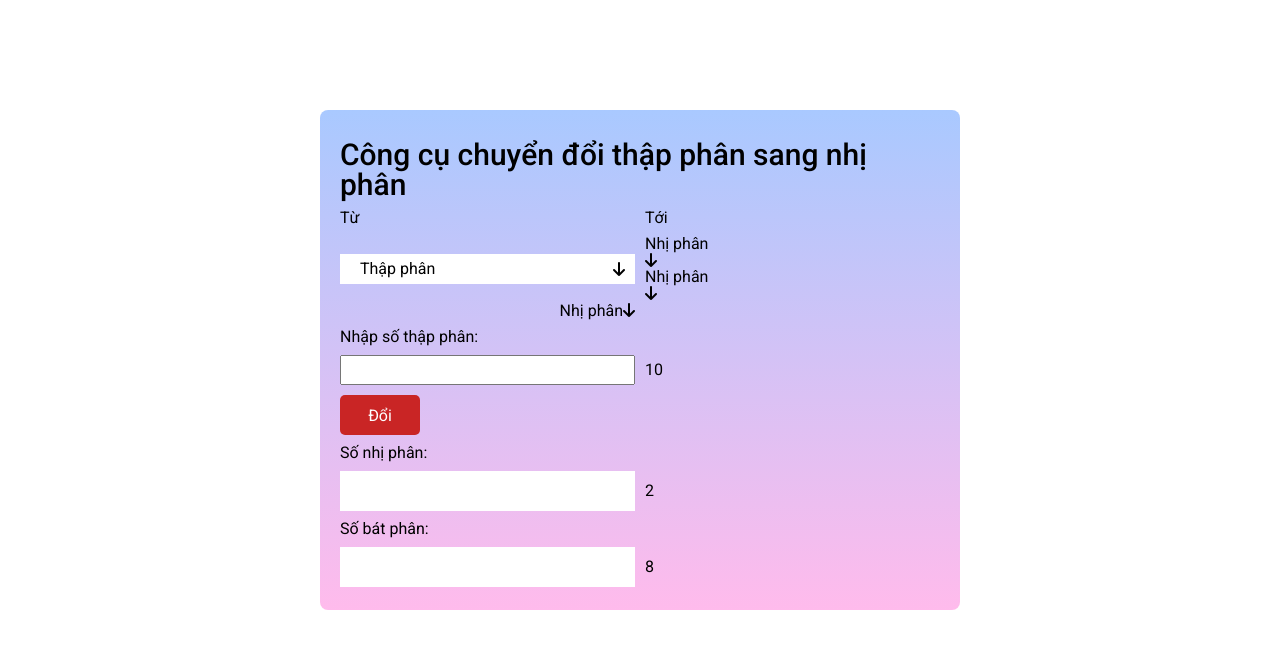
Repository: thuanpham00/covertNumber
Page: index.html
The author's editor kept a copy of each file at every save. The page is drawn from the files as they stood at one save, then again after the next save.
The browser window is 1280 px wide. The pictures show the whole page.
Some web libraries are served in a nearby version. The style sheet was rebuilt from its Sass, Less or Tailwind sources for each picture, by a compiler version that may differ from the author's.

Above is the page before, as saved 2023-11-05 16:39:51.

### index.html
<!DOCTYPE html>
<html lang="en">
    <head>
        <meta charset="UTF-8" />
        <meta name="viewport" content="width=device-width, initial-scale=1.0" />
        <title>Convert Number</title>
        <link rel="stylesheet" href="./assets/css/main.css" />
        <link rel="preconnect" href="https://fonts.googleapis.com" />
        <link rel="preconnect" href="https://fonts.gstatic.com" crossorigin />
        <link
            href="https://fonts.googleapis.com/css2?family=Roboto:wght@400;500;700;900&display=swap"
            rel="stylesheet"
        />
        <script src="https://kit.fontawesome.com/3115b3f4f1.js"></script>
    </head>
    <body>
        <div class="container">
            <h1 class="title">Công cụ chuyển đổi thập phân sang nhị phân</h1>
            <div class="row">
                <span class="row__desc">Từ</span>
                <span class="row__desc">Tới</span>
            </div>
            <div class="row">
                <div class="row__type">
                    <div class="row__item">Thập phân</div>
                    <div class="row__icon">
                        <i class="fa-solid fa-arrow-down"></i>
                    </div>
                </div>

                <div class="row__list">
                    <div class="row__item">Nhị phân</div>
                    <div class="row__icon">
                        <i class="fa-solid fa-arrow-down"></i>
                    </div>
                    <div class="row__item">Nhị phân</div>
                    <div class="row__icon">
                        <i class="fa-solid fa-arrow-down"></i>
                    </div>
                </div>
                <div class="list">
                    <div class="row__item">Nhị phân</div>
                    <div class="row__icon">
                        <i class="fa-solid fa-arrow-down"></i>
                    </div>
                </div>
            </div>
            <div class="container__wrapper">
                <div class="desc">Nhập số thập phân:</div>
                <form class="form" autocomplete="off">
                    <div class="row">
                        <input
                            type="text"
                            class="form__input"
                            name="numberInput"
                            required
                        />
                        <span>10</span>
                    </div>
                    <input type="submit" class="form__submit" value="Đổi" />
                </form>

                <div class="desc">Số nhị phân:</div>
                <div class="row">
                    <div class="result">
                        <span class="result__inner"></span>
                    </div>
                    <span>2</span>
                </div>
                <div class="desc">Số bát phân:</div>
                <div class="row">
                    <div class="result">
                        <span class="result__inner inner-2"></span>
                    </div>
                    <span>8</span>
                </div>
            </div>
        </div>

        <script src="./main.js"></script>
    </body>
</html>

### main.js
// // phần nguyên: integerPart
// // phần thập phân: decimalPart
window.addEventListener("load", function () {
    function convertDecimalToBinary(number) {
        let binary = [];
        let integerPart = Math.floor(number); // làm tròn xuống
        let decimalPart = number - integerPart;

        while (integerPart > 0) {
            let number1 = integerPart % 2;
            binary.unshift(number1);
            integerPart = Math.floor(integerPart / 2);
        }
        if (decimalPart > 0) {
            binary.push(".");

            let min = 0;
            let max = 16;
            while (decimalPart > 0 && min < max) {
                decimalPart = decimalPart * 2;
                let digit = Math.floor(decimalPart);
                binary.push(digit);
                decimalPart = decimalPart - digit;
                min++;
            }
        }
        return binary.join(""); // 8.625 (10) -> 1000.101 (2)
    }

    function convertDecimalToOctal(number) {
        let binary = [];
        let integerPart = Math.floor(number); // làm tròn xuống
        let decimalPart = number - integerPart;

        while (integerPart > 0) {
            let number1 = integerPart % 8;
            binary.unshift(number1);
            integerPart = Math.floor(integerPart / 8);
        }
        if (decimalPart > 0) {
            binary.push(".");

            let min = 0;
            let max = 16;
            while (decimalPart > 0 && min < max) {
                decimalPart = decimalPart * 8;
                let digit = Math.floor(decimalPart);
                binary.push(digit);
                decimalPart = decimalPart - digit;
                min++;
            }
        }
        return binary.join(""); // 11.25 (10) -> 13.2 (8)
    }
    const result = document.querySelector(".result__inner");
    const result2 = document.querySelector(".result__inner.inner-2");
    const form = document.querySelector(".form");
    form.addEventListener("submit", function (e) {
        e.preventDefault();
        const input = parseFloat(this.elements["numberInput"].value);
        result.textContent = convertDecimalToBinary(input);
        result2.textContent = convertDecimalToOctal(input);
    });

    const listType = document.querySelector(".row__list")
    listType.addEventListener("click", function(e) {
        const typeItem = e.target.querySelector(".row__type.type-2")
        typeItem.classList.add("type")
    })
});

### scss/main.scss
html,
body,
div,
span,
applet,
object,
iframe,
h1,
h2,
h3,
h4,
h5,
h6,
p,
blockquote,
pre,
a,
abbr,
acronym,
address,
big,
cite,
code,
del,
dfn,
em,
img,
ins,
kbd,
q,
s,
samp,
small,
strike,
strong,
sub,
sup,
tt,
var,
b,
u,
i,
center,
dl,
dt,
dd,
ol,
ul,
li,
fieldset,
form,
label,
legend,
table,
caption,
tbody,
tfoot,
thead,
tr,
th,
td,
article,
aside,
canvas,
details,
embed,
figure,
figcaption,
footer,
header,
hgroup,
menu,
nav,
output,
ruby,
section,
summary,
time,
mark,
audio,
video {
    margin: 0;
    padding: 0;
    border: 0;
    font-size: 100%;
    font: inherit;
    vertical-align: baseline;
}
/* HTML5 display-role reset for older browsers */
article,
aside,
details,
figcaption,
figure,
footer,
header,
hgroup,
menu,
nav,
section {
    display: block;
}
body {
    line-height: 1;
}
ol,
ul {
    list-style: none;
}
blockquote,
q {
    quotes: none;
}
blockquote:before,
blockquote:after,
q:before,
q:after {
    content: "";
    content: none;
}
table {
    border-collapse: collapse;
    border-spacing: 0;
}

*,
::after,
::before {
    box-sizing: border-box;
}

html {
    font-size: 62.5%;
}

body {
    background: #fff;
    font-size: 1.6rem;
    font-family: "Roboto", sans-serif;
}

input,
select,
textarea,
button {
    font-size: inherit;
    font-family: inherit;
}

.container {
    background-color: #a9c9ff;
    background-image: linear-gradient(180deg, #a9c9ff 0%, #ffbbec 100%);

    border-radius: 8px;
    padding: 10px 20px;
    height: 500px;
    position: absolute;
    top: 50%;
    left: 50%;
    transform: translate(-50%, -50%);

    .title {
        margin-top: 20px;
        font-size: 3rem;
        font-weight: 500;
    }

    .row {
        margin-top: 10px;
        display: grid;
        align-items: center;
        grid-template-columns: 1fr 1fr;
        column-gap: 10px;

        .row__type {
            display: flex;
            align-items: center;
            justify-content: space-between;
            padding-left: 20px;
            padding-right: 10px;
            height: 30px;
            width: 100%;
            background: #fff;

            pointer-events: none;

            > i {
                font-size: 0.6rem;
            }
        }

        .result {
            width: 100%;
            height: 40px;
            background: #fff;
            display: flex;
            align-items: center;
            padding-left: 20px;
        }
    }

    .desc {
        margin-top: 10px;
    }

    .form__input {
        height: 30px;
        padding: 5px 0px 5px 20px;
        outline: none;
    }

    .form__submit {
        margin-top: 10px;
        width: 80px;
        height: 40px;
        border-radius: 5px;
        background: #c92525;
        color: #fff;
        outline: none;
        border: none;
    }
}

.list {
    margin-left: auto;
    display: flex;
    align-items: center;
    justify-content: flex-end;
}

After the next save:
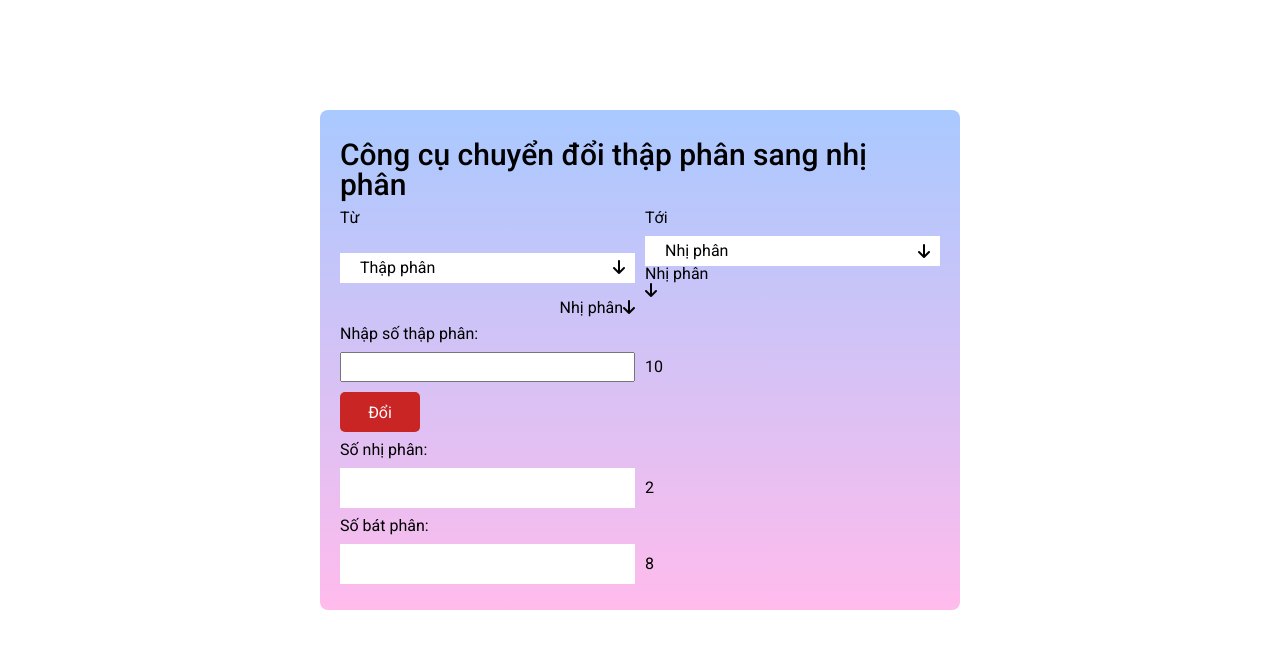
Saved 8 s later.
--- a/index.html
+++ b/index.html
@@ -29,9 +29,11 @@
                 </div>
 
                 <div class="row__list">
-                    <div class="row__item">Nhị phân</div>
-                    <div class="row__icon">
-                        <i class="fa-solid fa-arrow-down"></i>
+                    <div class="row__type">
+                        <div class="row__item">Nhị phân</div>
+                        <div class="row__icon">
+                            <i class="fa-solid fa-arrow-down"></i>
+                        </div>
                     </div>
                     <div class="row__item">Nhị phân</div>
                     <div class="row__icon">
